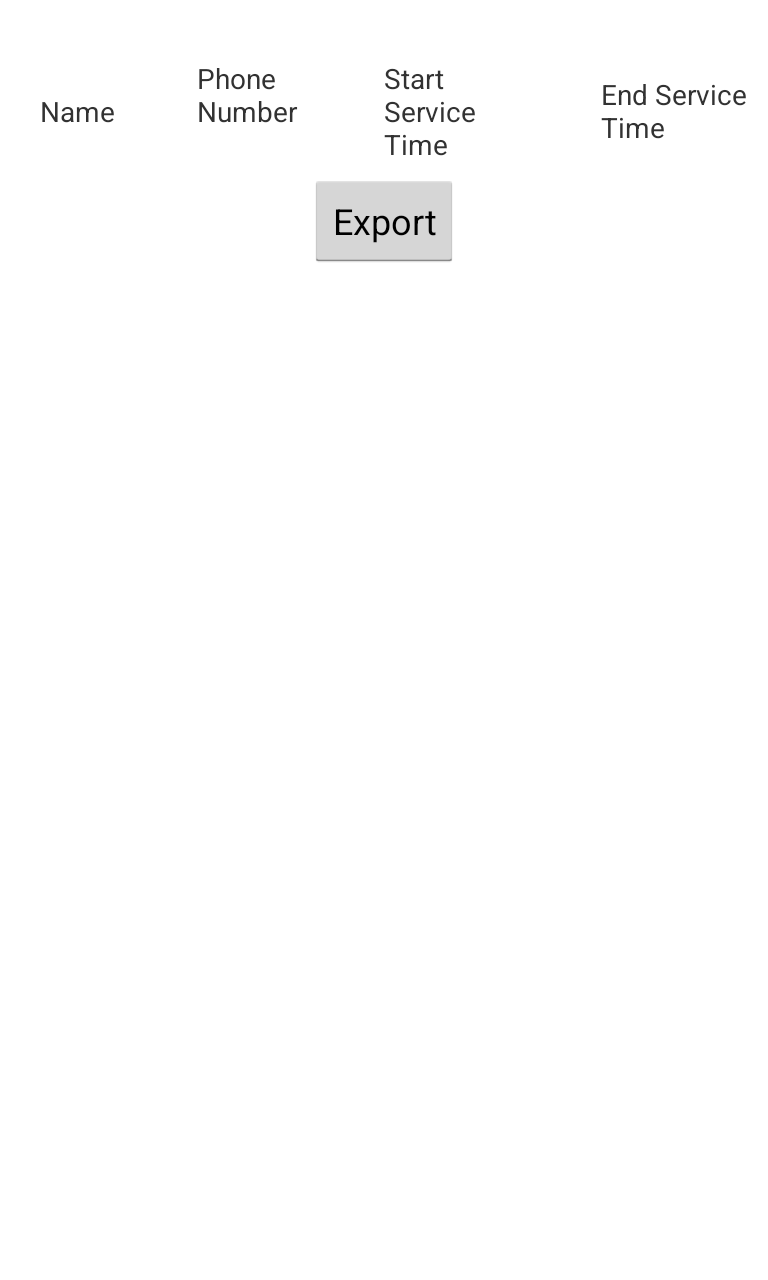
Repository: judemailom/queue-manager
Layout: QueueManager/res/layout/activity_logs.xml
An editor plug-in stored every save of this project. The layout is shown before and after the next save, followed by the edit.
It is drawn on a 768 x 1280 px phone screen (xhdpi) without system bars, with theme AppTheme; the app's code is not run.

Above is the layout before, as saved 2014-02-04 15:41:36.

### QueueManager/res/layout/activity_logs.xml
<ScrollView xmlns:android="http://schemas.android.com/apk/res/android"
    xmlns:tools="http://schemas.android.com/tools"
    android:layout_width="match_parent"
    android:layout_height="wrap_content"
    tools:context=".LogsActivity" >

	<LinearLayout
	    android:layout_width="match_parent"
	    android:layout_height="wrap_content"
	    android:orientation="vertical" >

		<!-- <Button
		    android:id="@+id/select_date"
		    style="?android:attr/buttonStyleSmall"
		    android:layout_width="wrap_content"
		    android:layout_height="wrap_content"
		    android:text="@string/select_date_button"
		    android:onClick="showDatePickerDialog"/>
		 -->

        <TableLayout
            android:id="@+id/table_log"
            android:layout_width="match_parent"
            android:layout_height="wrap_content" >

            <TableRow
                android:id="@+id/date_header"
                android:layout_width="match_parent"
                android:layout_height="wrap_content"
                android:gravity="center_horizontal" >

                <TextView
                    android:id="@+id/log_date"
                    android:layout_width="wrap_content"
                    android:layout_height="wrap_content"
                    android:gravity="center"
            		android:layout_span="4"
            		android:textStyle="bold"
                    android:textAppearance="?android:attr/textAppearanceMedium" />

            </TableRow>

        	<TableRow
        	    android:id="@+id/log_header"
        	    android:layout_width="wrap_content"
        	    android:layout_height="wrap_content"
        	    android:padding="@dimen/table_padding" >

        	    <TextView
        	        android:layout_width="0dp"
        	        android:layout_height="wrap_content"
        	        android:layout_gravity="center_vertical"
        	        android:layout_weight="1"
        	        android:gravity="left"
        	        android:paddingLeft="15dp"
        	        android:paddingRight="15dp"
        	        android:text="@string/name_head"
        	        android:textSize="14dp" />

        	    <TextView
        	        android:layout_width="0dp"
        	        android:layout_height="wrap_content"
        	        android:layout_weight="1"
        	        android:gravity="left"
        	        android:paddingRight="15dp"
        	        android:text="@string/number_head"
        	        android:textSize="14dp" />

        	    <TextView
        	        android:layout_width="0dp"
        	        android:layout_height="wrap_content"
        	        android:layout_gravity="center_vertical"
        	        android:layout_weight="1"
        	        android:gravity="left"
        	        android:paddingRight="15dp"
        	        android:text="@string/start_head"
        	        android:textSize="14dp" />

        	    <TextView
        	        android:layout_width="0dp"
        	        android:layout_height="wrap_content"
        	        android:layout_gravity="center_vertical"
        	        android:layout_weight="1"
        	        android:gravity="left"
        	        android:paddingLeft="15dp"
        	        android:text="@string/end_head"
        	        android:textSize="14dp" />
        	</TableRow>

		</TableLayout>

        <Button
            android:layout_width="wrap_content"
            android:layout_height="wrap_content"
            android:layout_gravity="center_vertical|center_horizontal"
            android:text="@string/export_button"
            android:onClick="export_method" />


	</LinearLayout>

</ScrollView>

### QueueManager/res/values/styles.xml
<resources>

    <!--
        Base application theme, dependent on API level. This theme is replaced
        by AppBaseTheme from res/values-vXX/styles.xml on newer devices.
    -->
    <style name="AppBaseTheme" parent="android:Theme.Light.NoTitleBar">
        <!--
            Theme customizations available in newer API levels can go in
            res/values-vXX/styles.xml, while customizations related to
            backward-compatibility can go here.
        -->
    </style>

    <!-- Application theme. -->
    <style name="AppTheme" parent="AppBaseTheme">
        <!-- All customizations that are NOT specific to a particular API-level can go here. -->
    </style>
    <color name="white">#FFFFFF</color>
    <color name="gray">#F0F0F0</color>

</resources>

### QueueManager/res/values/strings.xml
<?xml version="1.0" encoding="utf-8"?>
<resources>

    <string name="app_name">Queue Manager</string>
    <string name="action_settings">Edit Profile</string>
    <string name="title">Logo</string>
    <string name="login">Login</string>
    <string name="hint_password">Password</string>
    <string name="title_activity_home">HomeActivity</string>
    <string name="hello_world">Hello world!</string>
    <string name="desc_calendar">calendar</string>
    <string name="desc_queue">queue count</string>
    <string name="desc_clock">clock</string>
    <string name="button_close">OPEN QUEUE</string>
    <string name="button_pause">CLOSE QUEUE</string>
    <string name="button_export">EXPORT</string>
    <string name="title_activity_queue">Queue</string>
    <string name="now_serving">Now Serving</string>
    <string name="current_queue">Current Queue</string>
    <string name="desc_now_serving">now_serving</string>
    <string name="desc_current_queue">current_queue</string>
    <string name="queue_count">CLOSED QUEUE</string>
    <string name="about">About</string>
    <string name="help">Help</string>
    <string name="title_activity_settings">Settings</string>
    <string name="title_activity_about">About</string>
    <string name="title_activity_help">Help</string>
    <string name="company_name">Company Name</string>
    <string name="hint"></string>
    <string name="profile_address">Address</string>
    <string name="profile_phone">Contact No.</string>
    <string name="profile_password">Password</string>
    <string name="save">Save</string>
    <string name="title_activity_logs">LogsActivity</string>
	<string name="name_head">Name</string>
	<string name="number_head">Phone Number</string>
	<string name="start_head">Start Service Time</string>
	<string name="end_head">End Service Time</string>
	<string name="log">Logs</string>
	<string name="export_button">Export</string>
	<string name="select_date_button">Select Date</string>

</resources>

### QueueManager/res/values/dimens.xml
<resources>

    <!-- Default screen margins, per the Android Design guidelines. -->
    <dimen name="activity_horizontal_margin">20dp</dimen>
    <dimen name="activity_vertical_margin">20dp</dimen>
    <dimen name="font_title">50dp</dimen>
    <dimen name="font_home">20dp</dimen>
    <dimen name="table_padding">5dp</dimen>

</resources>

Loaded but not shown: QueueManager/res/values-v11/styles.xml (common file); QueueManager/res/values-v14/styles.xml (common file)

After the next save:
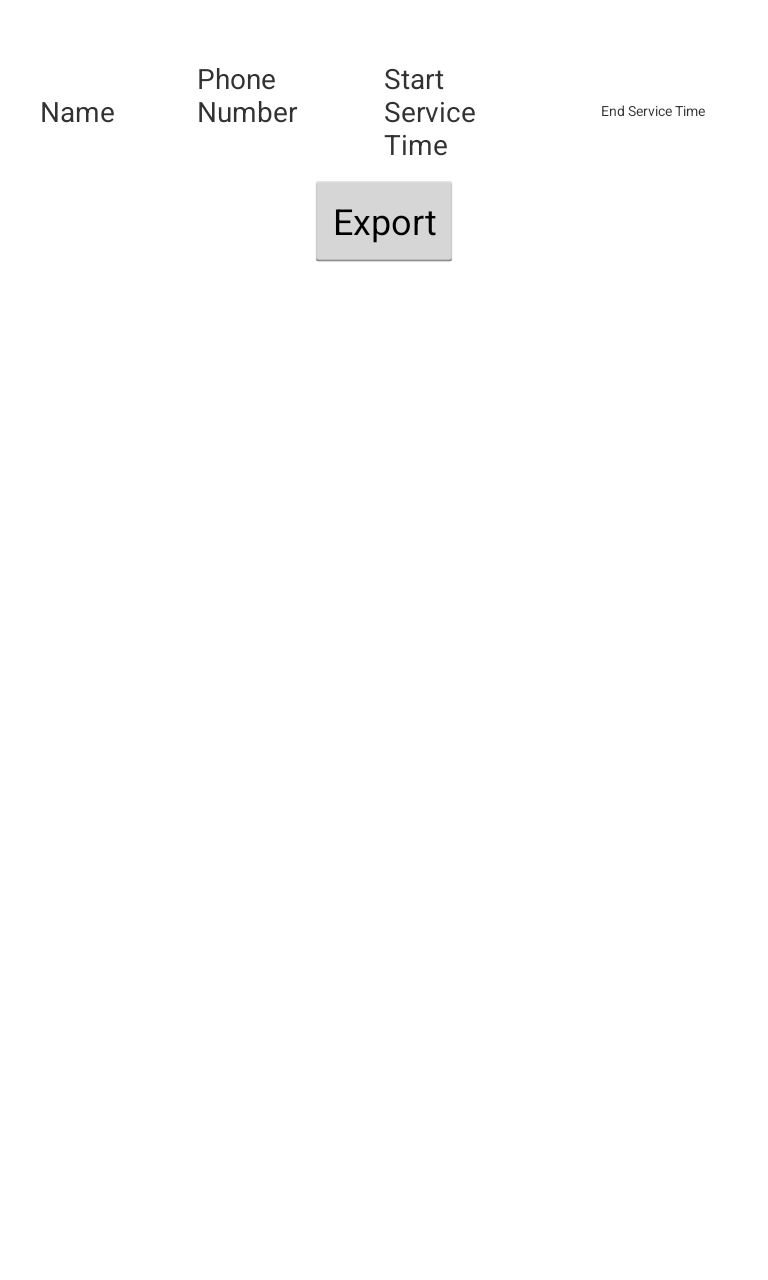
Saved 7 s later.
--- a/QueueManager/res/layout/activity_logs.xml
+++ b/QueueManager/res/layout/activity_logs.xml
@@ -84,7 +84,7 @@
         	        android:gravity="left"
         	        android:paddingLeft="15dp"
         	        android:text="@string/end_head"
-        	        android:textSize="14dp" />
+        	        android:textSize="14px" />
         	</TableRow>
 
 		</TableLayout>
